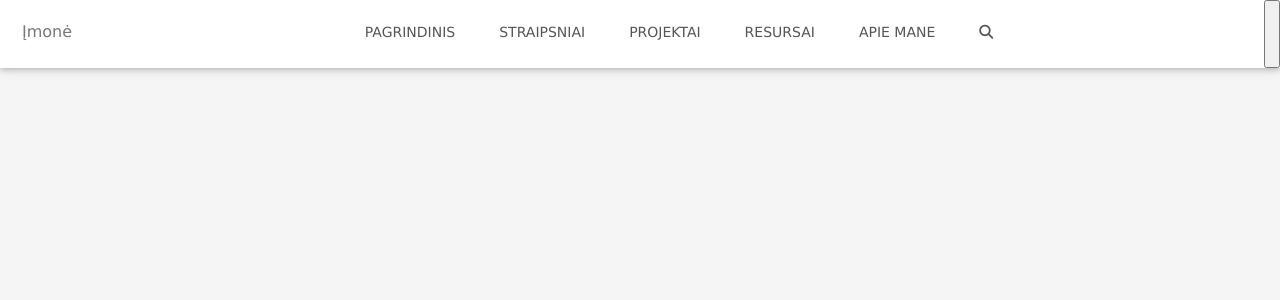
Repository: motiejus1/14-paskaita-05.31
Page: index.html
These files come from the project's save history. The page is drawn as it stood at one moment and after a run of saves; the edit follows.
The browser window is 1280 px wide. The pictures show the whole page.
Some web libraries are served in a nearby version.

Above is the page before, as saved 2021-06-23 19:34:30.

### index.html
<!DOCTYPE html>
<html lang="en">
<head>
    <meta charset="UTF-8">
    <meta http-equiv="X-UA-Compatible" content="IE=edge">
    <meta name="viewport" content="width=device-width, initial-scale=1.0">
    <title>14 paskaita</title>

    <link rel="stylesheet" href="http://maxcdn.bootstrapcdn.com/font-awesome/latest/css/font-awesome.min.css">
    <style>
        html {
            font-size: 16px;
        }

        body {
            max-width: 1920px;
            margin: 0 auto;
            font-family: Verdana, Arial, sans-serif;
            line-height: 1.25rem;
            color:#333;
            background-color: #f5f5f5;
        }

        .container {
            width: 100%;
            margin: auto;
        }

        a {
            text-decoration: none;
            transition: all 0.3s ease;
        }

        .area {
            display: flex;
            /* flex-direction:row; */
            /* flex-wrap: wrap; */

            flex-flow: row wrap;
            align-items: stretch;
            justify-content: space-between;
            margin-left: auto;
        }

        .navbar-component {
            background-color: white;
            box-shadow: 0 2px 5px rgba(0,0,0,0.16), 0 2px 10px rgba(0,0,0,0.12);
        }

        .brand {
            display:block;
            font-size: 1rem;
            color: #777;
            margin: 1.375rem;
        }

        .list {
            display:flex;
        }

        .item {
            display: block;
            height: 4rem;
            line-height: 4rem;
            padding-left: 1.375rem;
            padding-right: 1.375rem;
            text-transform: uppercase;
            color: #555;
            font-size: 0.875rem;
        }

        .item.-link {
            border-bottom: 4px solid transparent;
        }

        .item.-link:hover {
            color: #333;
            border-bottom-color: #673ab7 ;
        }

        .icon {
            display: block;

        }


    </style>
</head>
<body>
    <div class="container">
        <div class="navbar-component">
            <div class="navbar area">
                <a href="#" class="brand">Įmonė</a>

                <nav id="navigation" class="list">
                    <a href="#" class="item -link">Pagrindinis</a>
                    <a href="#" class="item -link" >Straipsniai</a>
                    <a href="#" class="item -link">Projektai</a>
                    <a href="#"class="item -link">Resursai</a>
                    <a href="#" class="item -link">Apie mane</a>
                    <span class="item">
                        <i class="fa fa-search"></i>
                    </span>
                </nav>

                <button id="hamburger" class="toggle">
                    <span class="icon"></span>
                </button>

            </div>

        </div>
    </div>

</body>
</html>

After the next 3 saves:
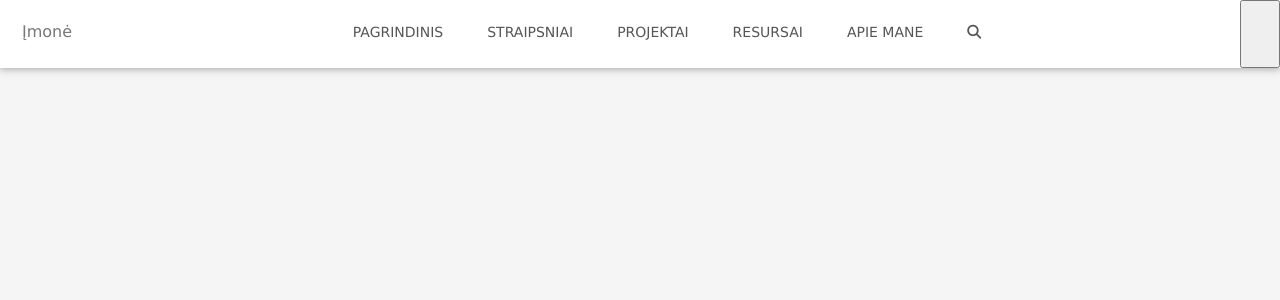
The 3 saves are shown as one change because they came seconds apart.
The last was saved 14 s later.
--- a/index.html
+++ b/index.html
@@ -80,6 +80,7 @@
 
         .icon {
             display: block;
+            width: 1.5rem;
 
         }
 
